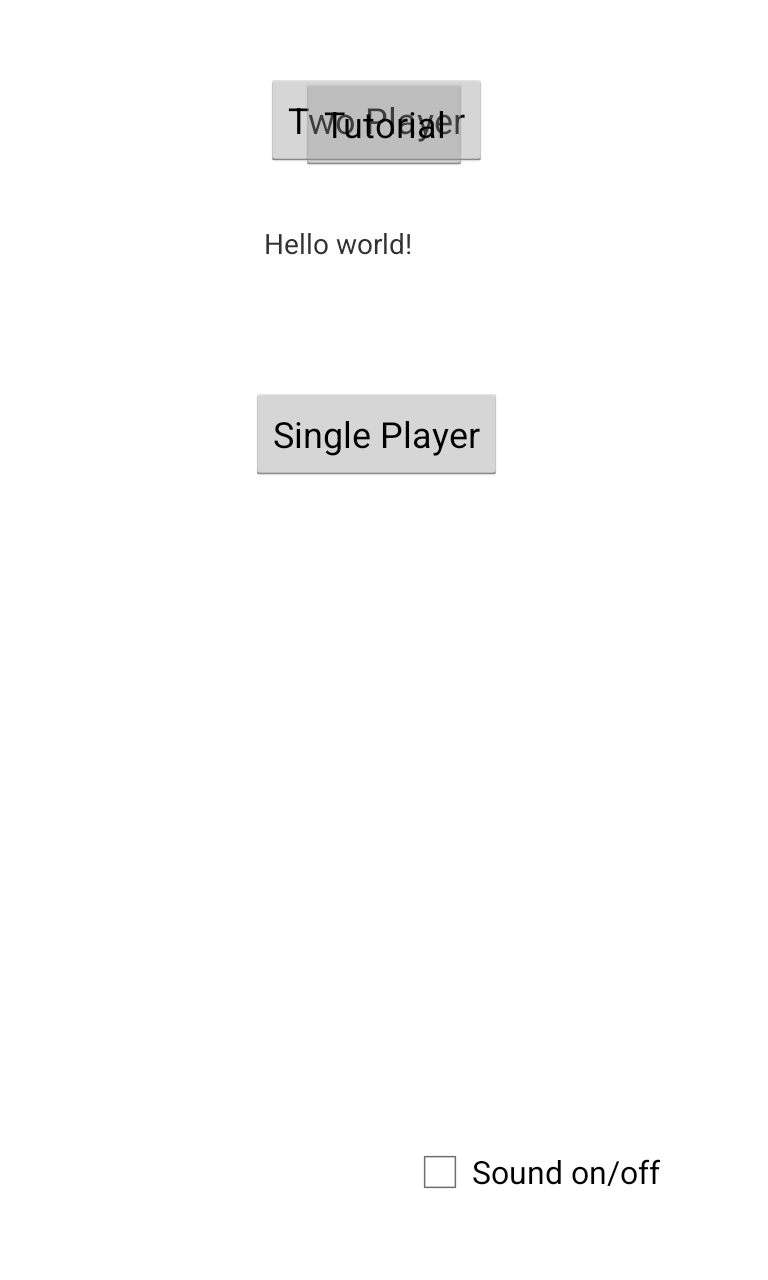
Repository: stekeller/sw14_free_10
Layout: Northcottz/res/layout/activity_home_screen.xml
These files come from the project's save history. The layout is drawn as it stood at one moment and after the next save; the edit follows.
It is drawn on a 768 x 1280 px phone screen (xhdpi) without system bars, with theme AppTheme; the app's code is not run.

Above is the layout before, as saved 2014-03-25 10:40:14.

### Northcottz/res/layout/activity_home_screen.xml
<RelativeLayout xmlns:android="http://schemas.android.com/apk/res/android"
    xmlns:tools="http://schemas.android.com/tools"
    android:layout_width="match_parent"
    android:layout_height="match_parent"
    android:paddingBottom="@dimen/activity_vertical_margin"
    android:paddingLeft="@dimen/activity_horizontal_margin"
    android:paddingRight="@dimen/activity_horizontal_margin"
    android:paddingTop="@dimen/activity_vertical_margin"
    tools:context=".HomeScreen" >

    <TextView
        android:id="@+id/textView1"
        android:layout_width="120dip"
        android:layout_height="60dip"
        android:layout_alignParentTop="true"
        android:layout_centerHorizontal="true"
        android:layout_marginTop="96dp"
        android:text="@string/hello_world" />

    <Button
        android:id="@+id/buttonSinglePlayer"
        android:layout_width="wrap_content"
        android:layout_height="wrap_content"
        android:layout_alignRight="@+id/textView1"
        android:layout_below="@+id/textView1"
        android:layout_marginTop="21dp"
        android:text="Single Player" />

    <Button
        android:id="@+id/buttonTwoPlayer"
        android:layout_width="wrap_content"
        android:layout_height="wrap_content"
        android:layout_alignLeft="@+id/textView1"
        android:layout_below="@+id/button1"
        android:layout_marginTop="20dp"
        android:text="Two Player" />

    <Button
        android:id="@+id/buttonTutorial"
        android:layout_width="wrap_content"
        android:layout_height="wrap_content"
        android:layout_below="@+id/button2"
        android:layout_centerHorizontal="true"
        android:layout_marginTop="22dp"
        android:text="Tutorial" />

    <CheckBox
        android:id="@+id/checkBoxSound"
        android:layout_width="wrap_content"
        android:layout_height="wrap_content"
        android:layout_alignParentBottom="true"
        android:layout_alignParentRight="true"
        android:layout_marginBottom="22dp"
        android:layout_marginRight="38dp"
        android:text="Sound on/off" />

</RelativeLayout>

### Northcottz/res/values/strings.xml
<?xml version="1.0" encoding="utf-8"?>
<resources>

    <string name="app_name">Northcottz</string>
    <string name="action_settings">Settings</string>
    <string name="hello_world">Hello world!</string>

</resources>

Loaded but not shown: Northcottz/res/values/styles.xml (common file); Northcottz/res/values-v11/styles.xml (common file); Northcottz/res/values-v14/styles.xml (common file); Northcottz/res/values/dimens.xml (common file); Northcottz/res/values-w820dp/dimens.xml (common file)

After the next save:
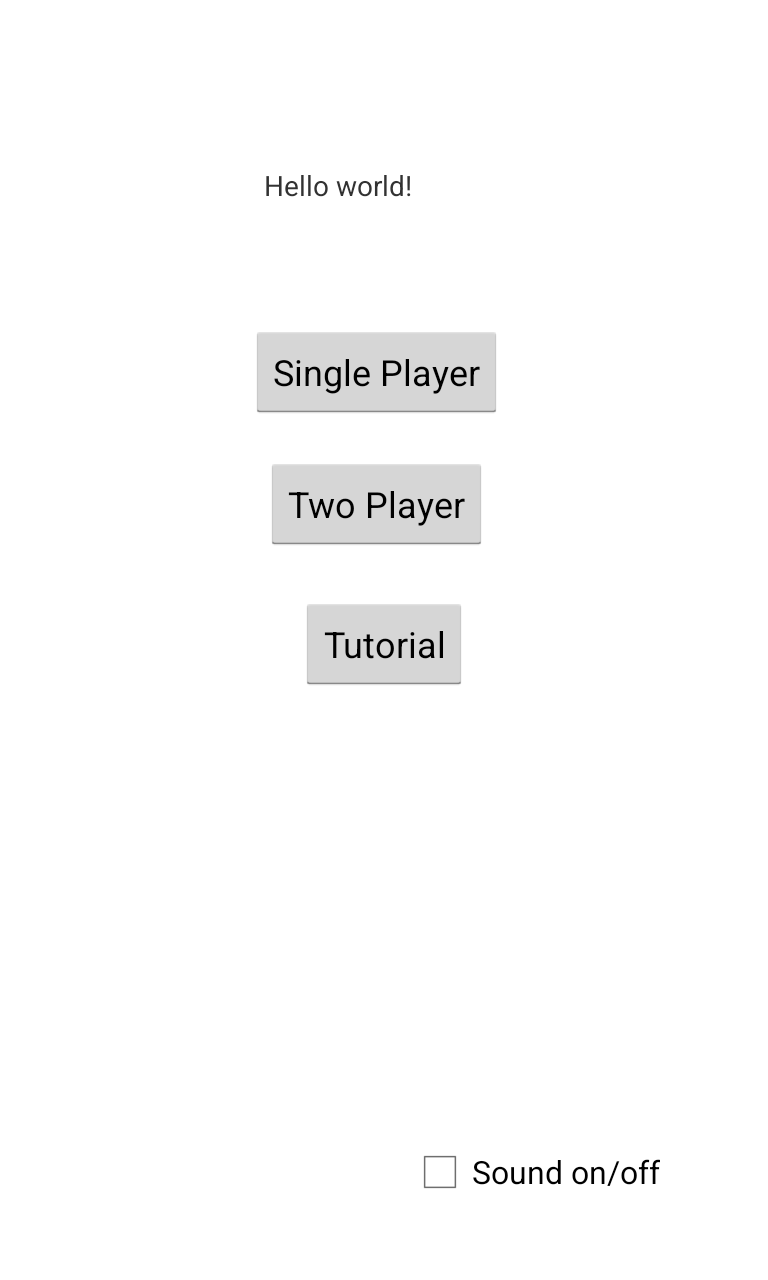
Saved 6 min 11 s later.
--- a/Northcottz/res/layout/activity_home_screen.xml
+++ b/Northcottz/res/layout/activity_home_screen.xml
@@ -7,42 +7,6 @@
     android:paddingRight="@dimen/activity_horizontal_margin"
     android:paddingTop="@dimen/activity_vertical_margin"
     tools:context=".HomeScreen" >
-
-    <TextView
-        android:id="@+id/textView1"
-        android:layout_width="120dip"
-        android:layout_height="60dip"
-        android:layout_alignParentTop="true"
-        android:layout_centerHorizontal="true"
-        android:layout_marginTop="96dp"
-        android:text="@string/hello_world" />
-
-    <Button
-        android:id="@+id/buttonSinglePlayer"
-        android:layout_width="wrap_content"
-        android:layout_height="wrap_content"
-        android:layout_alignRight="@+id/textView1"
-        android:layout_below="@+id/textView1"
-        android:layout_marginTop="21dp"
-        android:text="Single Player" />
-
-    <Button
-        android:id="@+id/buttonTwoPlayer"
-        android:layout_width="wrap_content"
-        android:layout_height="wrap_content"
-        android:layout_alignLeft="@+id/textView1"
-        android:layout_below="@+id/button1"
-        android:layout_marginTop="20dp"
-        android:text="Two Player" />
-
-    <Button
-        android:id="@+id/buttonTutorial"
-        android:layout_width="wrap_content"
-        android:layout_height="wrap_content"
-        android:layout_below="@+id/button2"
-        android:layout_centerHorizontal="true"
-        android:layout_marginTop="22dp"
-        android:text="Tutorial" />
 
     <CheckBox
         android:id="@+id/checkBoxSound"
@@ -54,4 +18,40 @@
         android:layout_marginRight="38dp"
         android:text="Sound on/off" />
 
+    <TextView
+        android:id="@+id/textView1"
+        android:layout_width="120dip"
+        android:layout_height="60dip"
+        android:layout_alignParentTop="true"
+        android:layout_centerHorizontal="true"
+        android:layout_marginTop="67dp"
+        android:text="@string/hello_world" />
+
+    <Button
+        android:id="@+id/buttonSinglePlayer"
+        android:layout_width="wrap_content"
+        android:layout_height="wrap_content"
+        android:layout_alignRight="@+id/textView1"
+        android:layout_below="@+id/textView1"
+        android:layout_marginTop="19dp"
+        android:text="Single Player" />
+
+    <Button
+        android:id="@+id/buttonTwoPlayer"
+        android:layout_width="wrap_content"
+        android:layout_height="wrap_content"
+        android:layout_alignLeft="@+id/textView1"
+        android:layout_below="@+id/buttonSinglePlayer"
+        android:layout_marginTop="18dp"
+        android:text="Two Player" />
+
+    <Button
+        android:id="@+id/buttonTutorial"
+        android:layout_width="wrap_content"
+        android:layout_height="wrap_content"
+        android:layout_below="@+id/buttonTwoPlayer"
+        android:layout_centerHorizontal="true"
+        android:layout_marginTop="22dp"
+        android:text="Tutorial" />
+
 </RelativeLayout>
